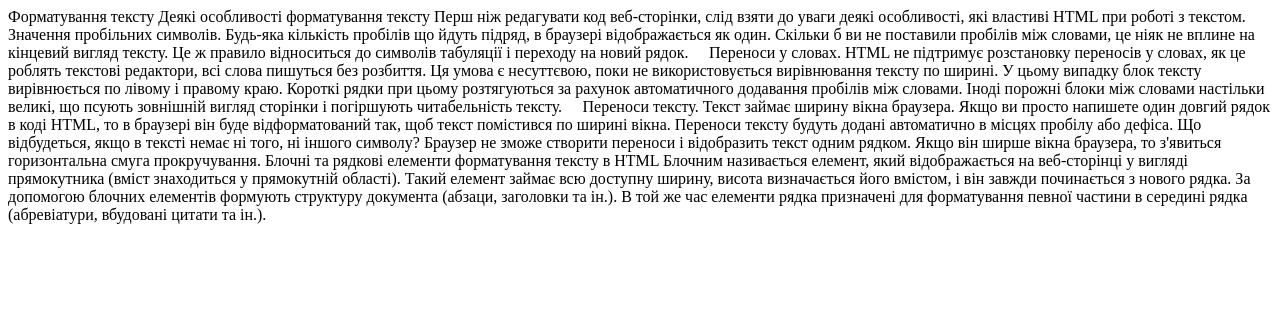
Repository: KseniaMakara/Web
Page: Web/directory.html
An editor plug-in stored every save of this project. The page is shown before and after the next save, followed by the edit.
The browser window is 1280 px wide. The pictures show the whole page.

Above is the page before, as saved 2021-02-15 16:01:46.

After the next save:
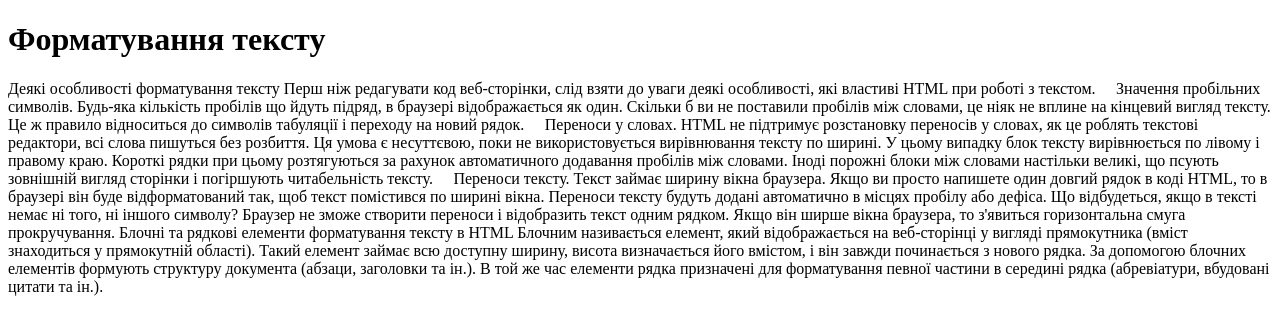
Saved 29 s later.
--- a/Web/directory.html
+++ b/Web/directory.html
@@ -5,7 +5,7 @@
            <title>First HTML</title>
         </head>
     <body>
-        <hl>Форматування тексту </hl>
+        <h1>Форматування тексту </h1>
         Деякі особливості форматування тексту
         Перш ніж редагувати код веб-сторінки, слід взяти до уваги деякі
         особливості, які властиві HTML при роботі з текстом.
